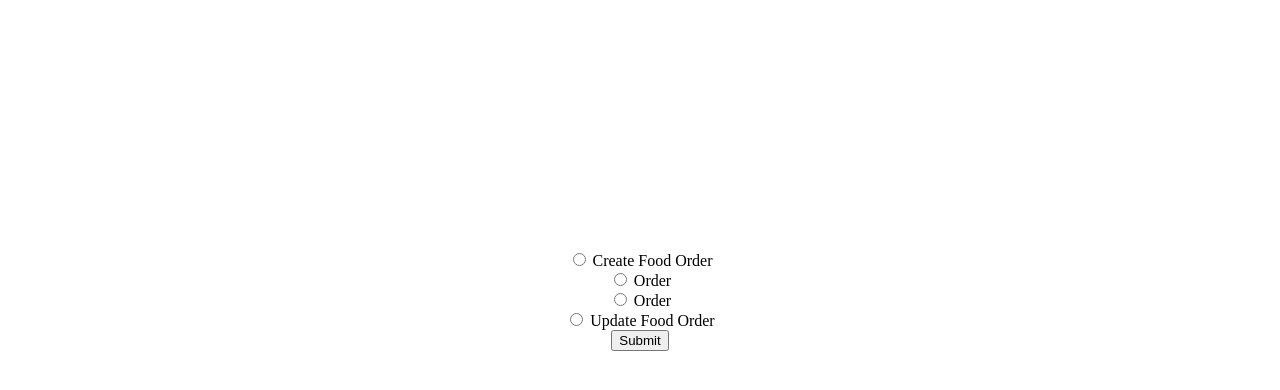
Repository: Jeevith-U/Advance-Java
Page: http://localhost/Food_App/staff.jsp
An editor plug-in stored every save of this project. The page is shown before and after the next save, followed by the edit.
The browser window is 1280 px wide. The pictures show the whole page.
The page is served by Tomcat 9.

Above is the page before, as saved 2023-08-25 06:17:52.

After the next save:
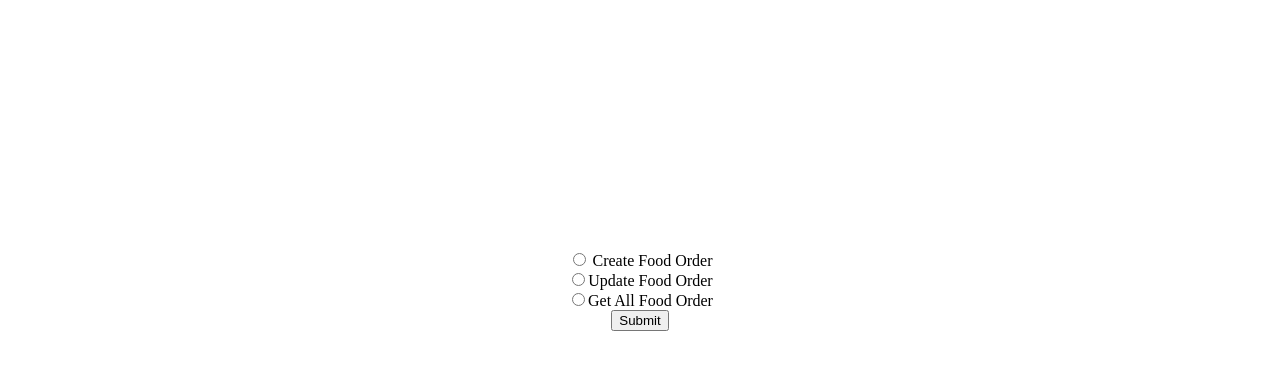
Saved 52 s later.
--- a/Projects/Food_App/src/main/webapp/staff.jsp
+++ b/Projects/Food_App/src/main/webapp/staff.jsp
@@ -17,10 +17,10 @@ form {
 	<form action="staffop" method="post" align="center">
 
 		<input type="radio" name="op" value="create"> Create Food Order
-		<br> <input type="radio" name="op" value="update">
-		Order <br> <input type="radio" name="op" value="update">
-		Order <br> <input type="radio" name="op" value="update">
-		Update Food Order <br> <input type="submit" value="Submit">
+		<br> <input type="radio" name="op" value="update">Update Food Order
+		<br> <input type="radio" name="op" value="get">Get All Food Order
+
+		<br> <input type="submit" value="Submit">
 	</form>
 </body>
 </html>
